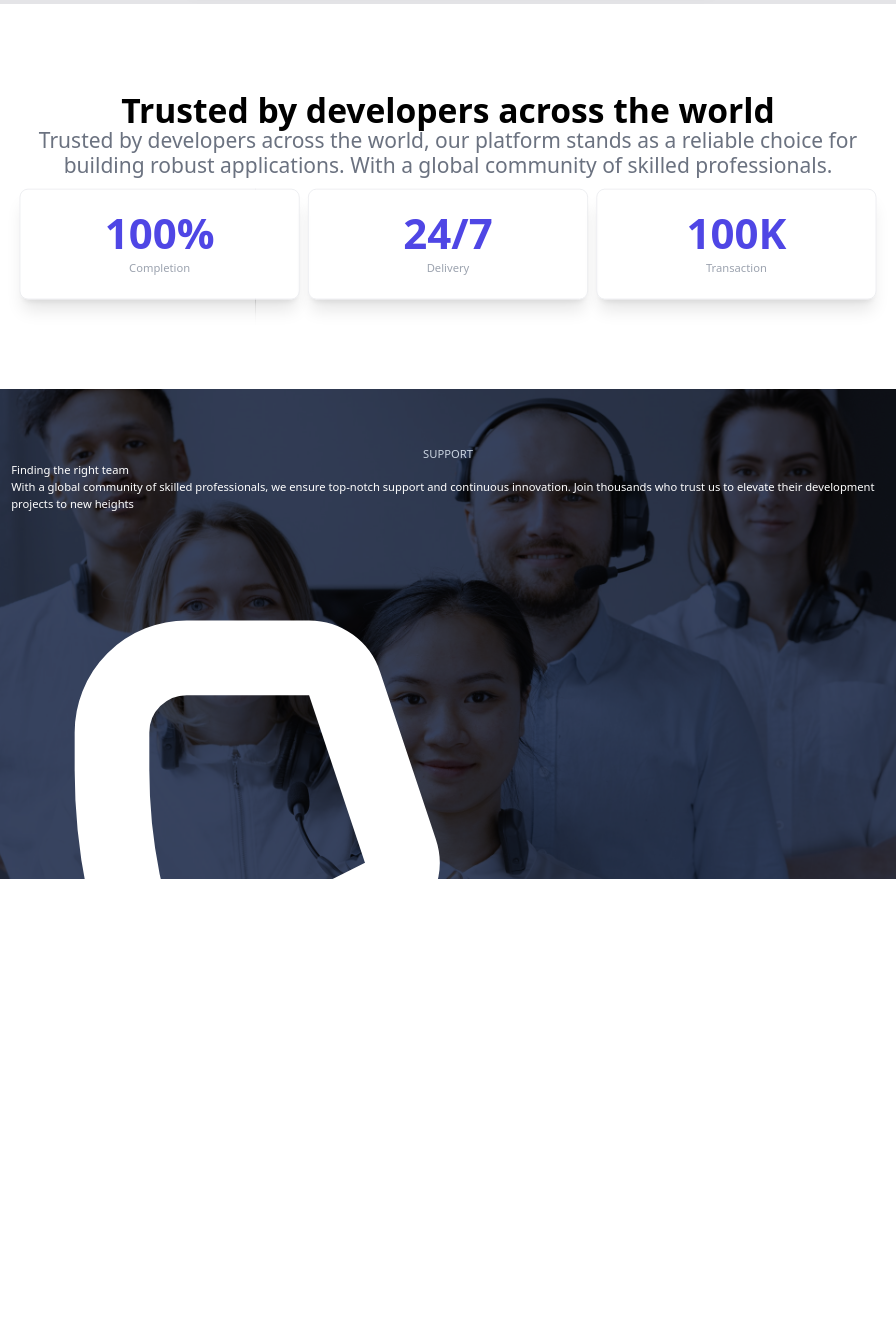
Repository: adrcstro/react-project-2
Page: /
The author's editor kept a copy of each file at every save. The page is drawn from the files as they stood at one save, then again after the next save.
The browser window is 1280 px wide. The pictures show the part of the page from y = 714 to 2634 px (the page is 4150 px tall before and 4174 px after), at 70% of full size.
The project was rebuilt for these pictures with package versions that can differ from the ones it lists, and the page was loaded fresh each time.

Above is the page before, as saved 2024-08-15 20:26:07.

After the next save:
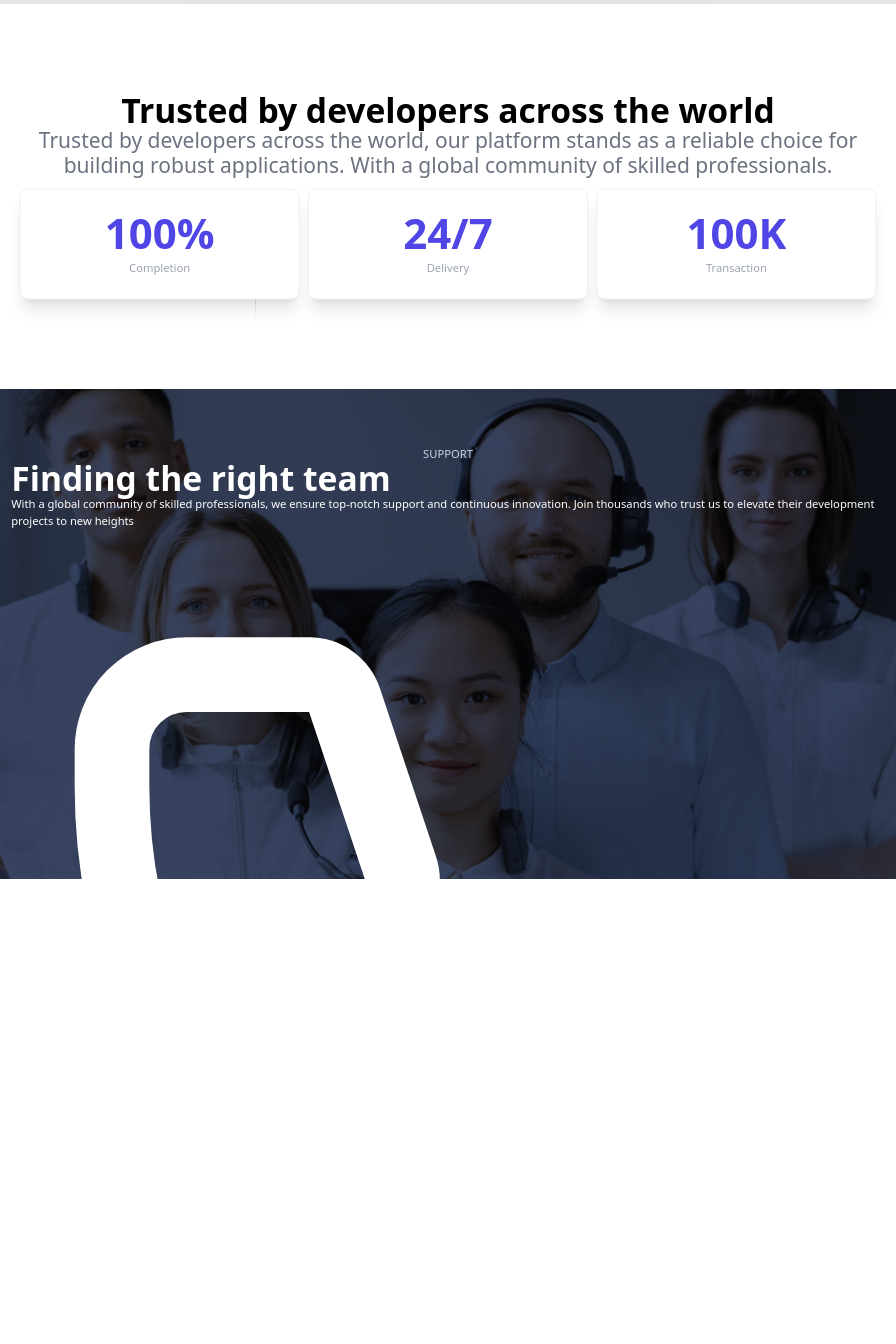
Saved 16 s later.
--- a/src/components/Support.jsx
+++ b/src/components/Support.jsx
@@ -12,7 +12,7 @@ function Support() {
         <div className='w-max-w-[1240px] mx-auto text-white relative'>
             <div className='px-4 py-12'>
                 <h2 className='pt-8 text-slate-300 uppercase text-center'>Support</h2>
-                <h3>Finding the right team</h3>
+                <h3 className='text-5xl font-bold'>Finding the right team</h3>
                 <p>With a global community of skilled professionals, we ensure top-notch support and continuous innovation. Join thousands
                  who trust us to elevate their development projects to new heights</p>
             </div>
